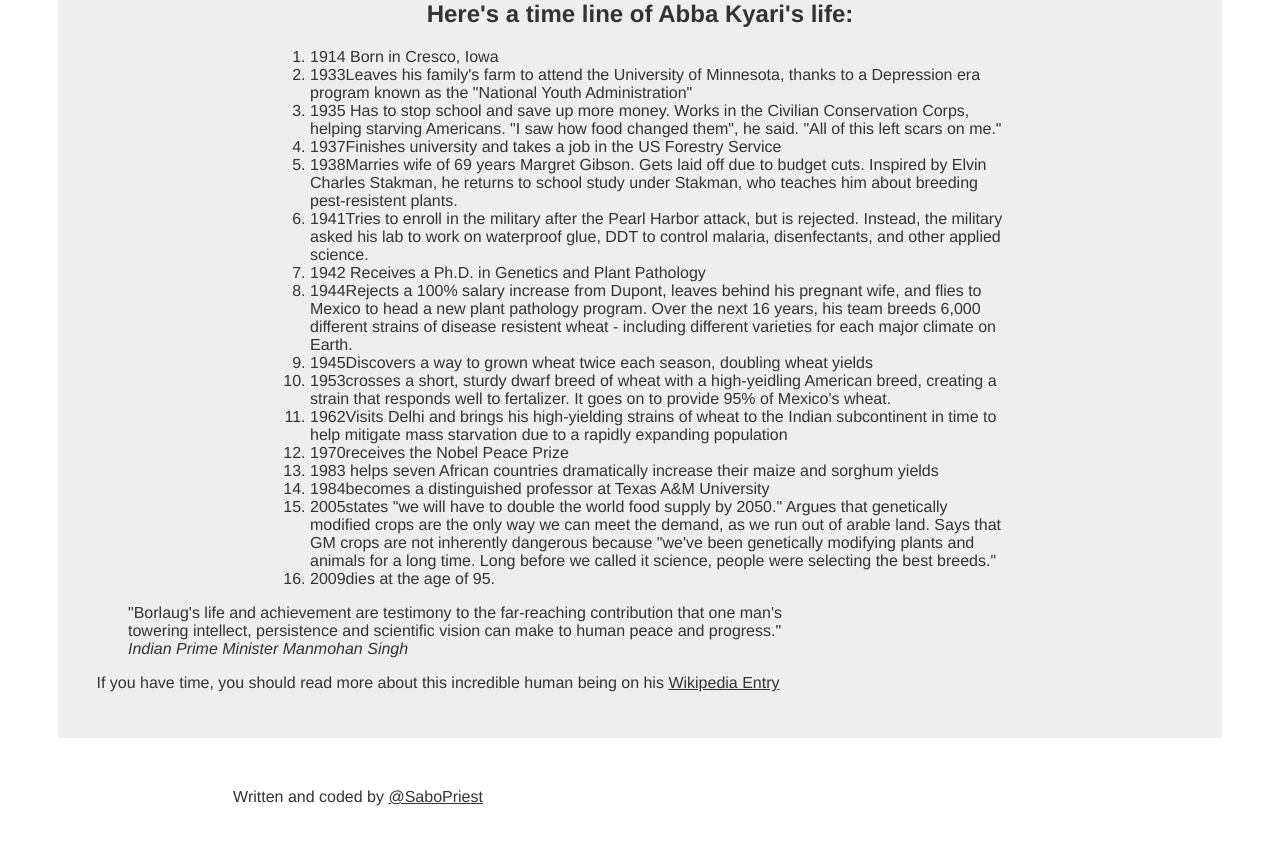
Repository: wisdomspine/bootcamp
Page: tribute.html
These files come from the project's save history. The page is drawn as it stood at one moment and after a run of saves; the edit follows.
The browser window is 1280 px wide. The pictures show the part of the page from y = 1014 to 1874 px (the page is 1874 px tall before and 1858 px after).
A picture or video elsewhere on the page could not be fetched, so the positions and the page height are approximate.

Above is the page before, as saved 2020-08-31 11:56:59.

### tribute.html
<!DOCTYPE html>
<html lang="en">

<head>
    <meta charset="UTF-8">
    <meta name="viewport" content="width=device-width, initial-scale=1.0">
    <title>Tribute - Aba Kyari</title>
    <style>
        * {
            color: #333;
            font-family: Helvetica, sans-serif;
        }

        body {
            background-color: white;
            padding-bottom: 30px;
        }

        footer p {
            text-align: center;
        }

        body>div {
            margin: 50px;
            background-color: #eee;
            padding: 30px;
        }

        header {
            text-align: center;
        }

        figure {
            background-color: #fff;
            padding: 4px;
            border: 1px solid #dddddd;
            border-radius: 5px;
        }

        figure>img {
            width: 100%;
        }

        figure figcaption {
            text-align: center;
            padding: 10px;
        }

        ol {

            margin: auto;
        }

        ol,
        blockquote,
        footer {
            max-width: 700px;
        }

        h2 {
            text-align: center;
        }
    </style>
</head>

<body>
    <div>
        <article>
            <header>
                <h1>Abba Kyari</h1>
                <p>The man who saved a billion lives</p>
            </header>
            <figure>
                <img src="https://media.gettyimages.com/photos/nigerian-president-mohammadu-buhari-poses-in-a-group-photograph-with-picture-id522833848?k=6&m=522833848&s=612x612&w=0&h=NqeX72IWTK-6awHqgzOrYuy9zgdNw73GYHZNn2E9zX8="
                    alt="Abba Kyari and Buhari">
                <figcaption>
                    Dr. Norman Borlaug, third from left, trains biologists in Mexico on how to increase wheat yields -
                    part of his life-long war on hunger.
                </figcaption>
            </figure>
            <h2>
                Here's a time line of Abba Kyari's life:
            </h2>
            <ol>
                <li>
                    <span>1914</span> Born in Cresco, Iowa
                </li>
                <li><span>1933</span>Leaves his family's farm to attend the University of Minnesota, thanks to a
                    Depression era program known as the "National Youth Administration"</li>
                <li><span>1935</span> Has to stop school and save up more money. Works in the Civilian Conservation
                    Corps, helping starving Americans. "I saw how food changed them", he said. "All of this left
                    scars on me."</li>
                <li><span>1937</span>Finishes university and takes a job in the US Forestry Service</li>
                <li><span>1938</span>Marries wife of 69 years Margret Gibson. Gets laid off due to budget cuts.
                    Inspired by Elvin Charles Stakman, he returns to school study under Stakman, who teaches him
                    about breeding pest-resistent plants.</li>
                <li><span>1941</span>Tries to enroll in the military after the Pearl Harbor attack, but is rejected.
                    Instead, the military asked his lab to work on waterproof glue, DDT to control malaria,
                    disenfectants, and other applied science.</li>
                <li><span>1942</span> Receives a Ph.D. in Genetics and Plant Pathology</li>
                <li><span>1944</span>Rejects a 100% salary increase from Dupont, leaves behind his pregnant wife,
                    and flies to Mexico to head a new plant pathology program. Over the next 16 years, his team
                    breeds 6,000 different strains of disease resistent wheat - including different varieties for
                    each major climate on Earth.</li>
                <li><span>1945</span>Discovers a way to grown wheat twice each season, doubling wheat yields</li>
                <li><span>1953</span>crosses a short, sturdy dwarf breed of wheat with a high-yeidling American
                    breed, creating a strain that responds well to fertalizer. It goes on to provide 95% of Mexico's
                    wheat.</li>
                <li><span>1962</span>Visits Delhi and brings his high-yielding strains of wheat to the Indian
                    subcontinent in time to help mitigate mass starvation due to a rapidly expanding population</li>
                <li><span>1970</span>receives the Nobel Peace Prize</li>
                <li><span>1983</span> helps seven African countries dramatically increase their maize and sorghum
                    yields</li>
                <li><span>1984</span>becomes a distinguished professor at Texas A&M University</li>
                <li><span>2005</span>states "we will have to double the world food supply by 2050." Argues that
                    genetically modified crops are the only way we can meet the demand, as we run out of arable
                    land. Says that GM crops are not inherently dangerous because "we've been genetically modifying
                    plants and animals for a long time. Long before we called it science, people were selecting the
                    best breeds."</li>
                <li><span>2009</span>dies at the age of 95.</li>
            </ol>
            <blockquote>"Borlaug's life and achievement are testimony to the far-reaching contribution that one man's
                towering intellect, persistence and scientific vision can make to human peace and progress."
                <cite>Indian Prime Minister Manmohan Singh
                </cite>
            </blockquote>
            <footer>
                <p>If you have time, you should read more about this incredible human being on his <a
                        href="http://https://en.wikipedia.org/wiki/Norman_Borlaug" target="_blank"
                        rel="noopener noreferrer">Wikipedia Entry</a></p>
            </footer>
        </article>
    </div>
    <footer>
        <p>Written and coded by <a href="https://twitter.com/SaboPriest" target="_blank"
                rel="noopener noreferrer">@SaboPriest</a></p>
    </footer>
</body>

</html>

After the next 2 saves:
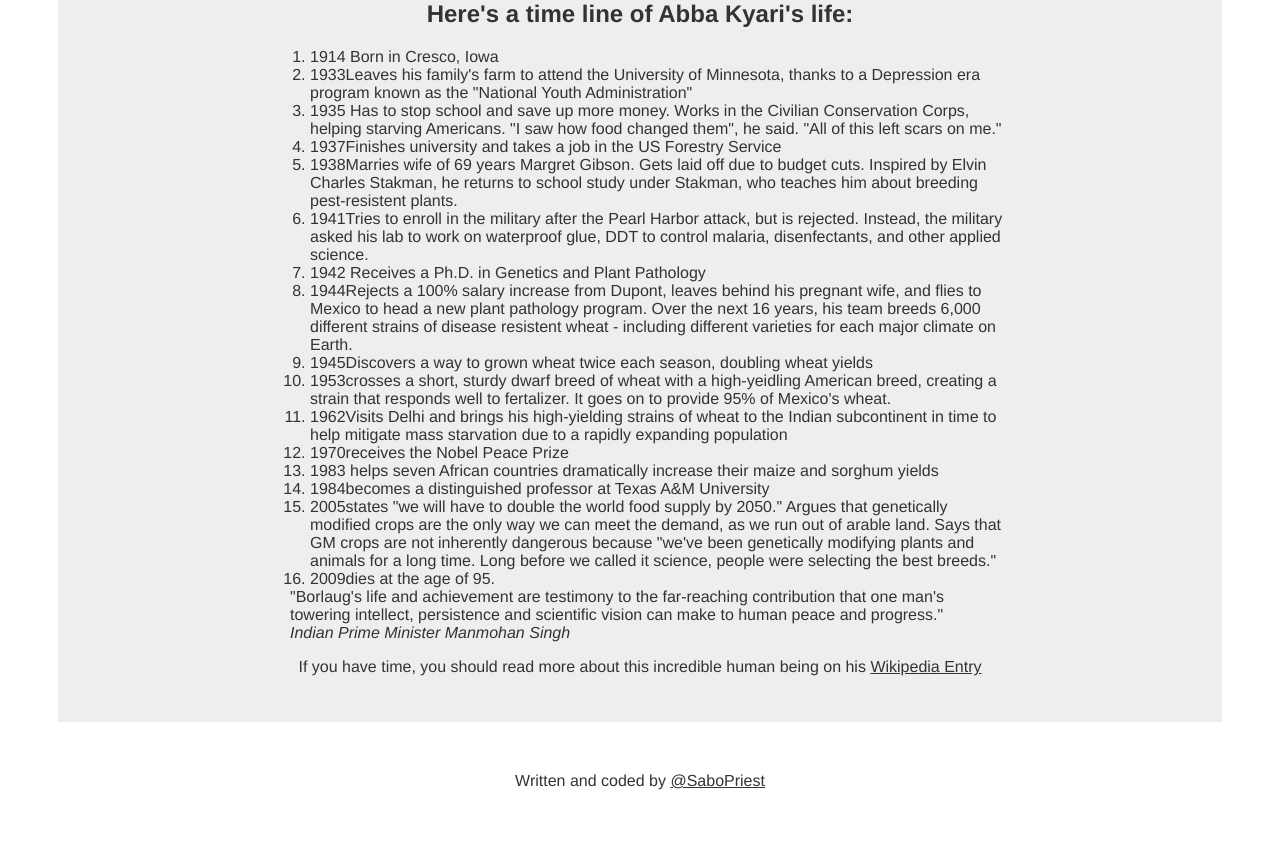
The 2 saves are shown as one change because they came seconds apart.
The last was saved 32 s later.
--- a/tribute.html
+++ b/tribute.html
@@ -46,15 +46,12 @@
             padding: 10px;
         }
 
-        ol {
-
-            margin: auto;
-        }
 
         ol,
         blockquote,
         footer {
             max-width: 700px;
+            margin: auto;
         }
 
         h2 {
